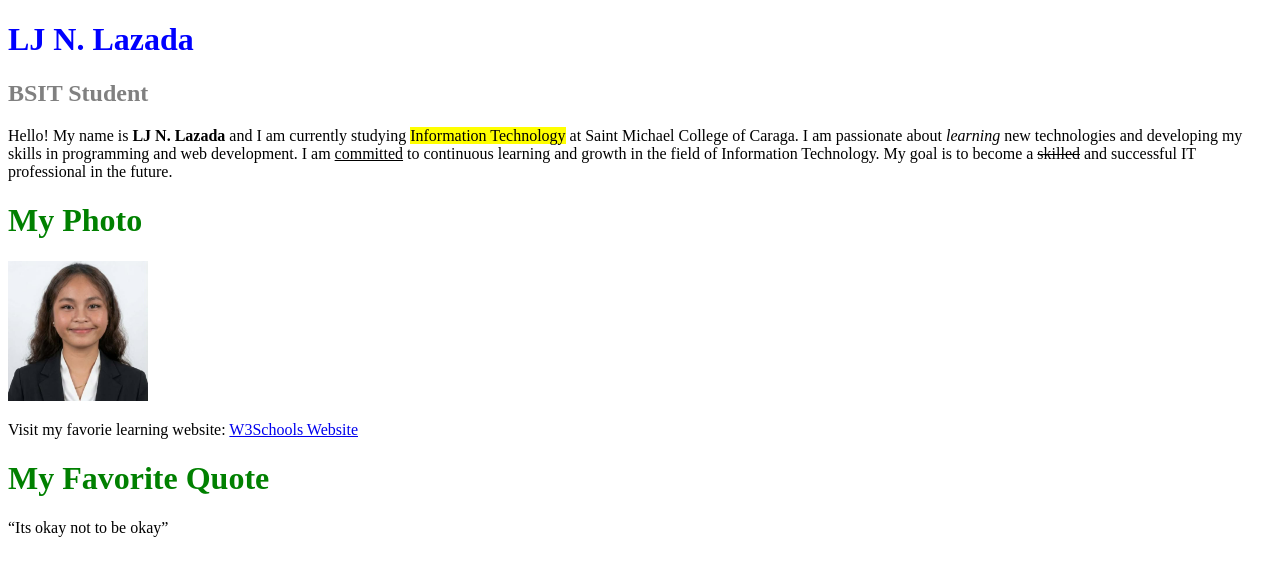
Repository: ljlazada11/myfirsthtml
Page: index.html
An editor plug-in stored every save of this project. The page is shown before and after the next save, followed by the edit.
The browser window is 1280 px wide. The pictures show the whole page.

Above is the page before, as saved 2026-06-24 19:38:21.

After the next save:
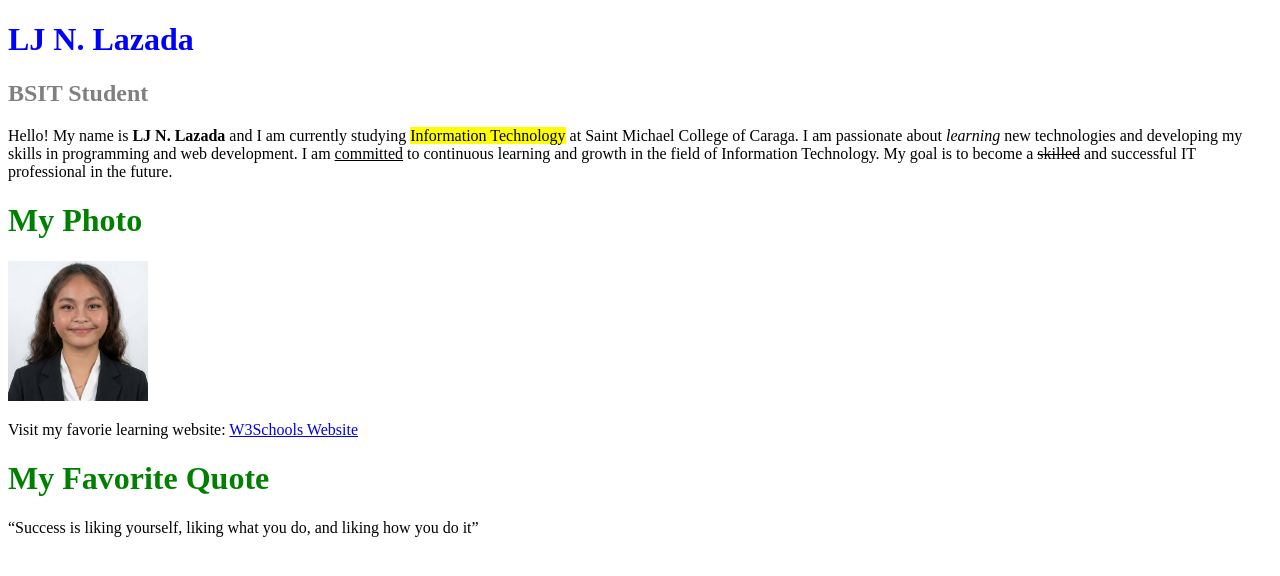
Saved 2 min 45 s later.
--- a/index.html
+++ b/index.html
@@ -18,6 +18,7 @@
 
     <body>
     <h1 style="color:green;">My Favorite Quote</h1>
-     <p> <q>Its okay not to be okay</q></p>
+            <p> <q>Success is liking yourself, liking what you do, and liking how you do it</q></p>
+ <p><cite></cite></p>
     </body>
 </html>
